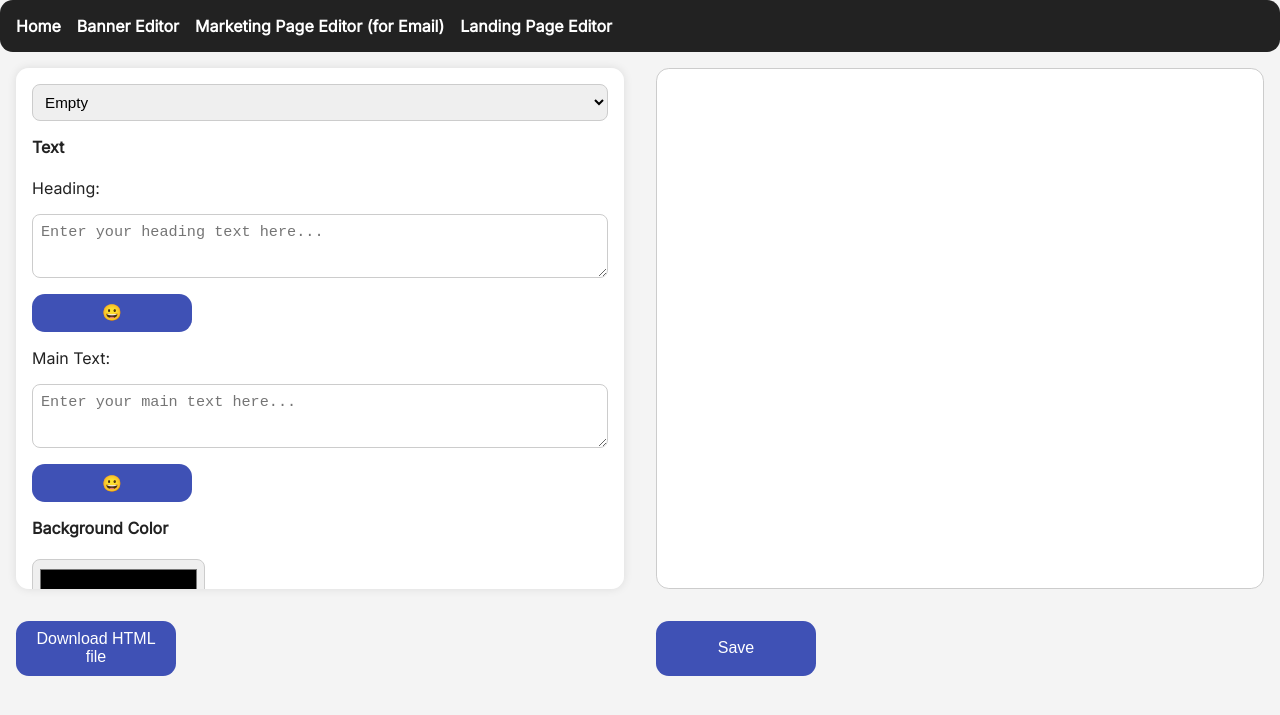
Repository: Yuravolontir/--Baner-Editor--
Page: landing.html
The author's editor kept a copy of each file at every save. The page is drawn from the files as they stood at one save, then again after the next save.
The browser window is 1280 px wide. The pictures show the whole page.
An inner scrolling area shows only its first screen.

Above is the page before, as saved 2025-07-18 16:29:28.

### landing.html
<!DOCTYPE html>
<html lang="en">
<head>
    <meta charset="UTF-8">
    <meta name="viewport" content="width=device-width, initial-scale=1.0">
    <title>Document</title>
    <link rel="stylesheet" href="/styles/banner.css">
    <script type="module" src="/scripts/landing.js"></script>
    <!--Google Fonts-->
 <link href="https://fonts.googleapis.com/css2?family=Be+Vietnam+Pro&family=DM+Sans&family=Figtree&family=Inter&family=Manrope&family=Outfit&family=Rubik&family=Space+Grotesk&family=Sora&family=Urbanist&display=swap" rel="stylesheet">
<link rel="preconnect" href="https://fonts.googleapis.com">
<link rel="preconnect" href="https://fonts.gstatic.com" crossorigin>
<link href="https://fonts.googleapis.com/css2?family=Bangers&family=Lobster+Two:ital,wght@0,400;0,700;1,400;1,700&family=Orbitron:wght@400..900&family=Silkscreen:wght@400;700&display=swap" rel="stylesheet">

</head>
<body>
    <nav>
    <ul>
    <li><a href="/dashboard.html">Home</a></li>
    <li><a href="/banner.html">Banner Editor</a></li>
    <li><a href="/email.html">Marketing Page Editor (for Email)</a></li>
    <li><a href="/landing.html">Landing Page Editor</a></li>
    </ul>
</nav>


<div id="banner-builder-container">
<div id="controls-section">
<select id="templates">
  <option value="default">Empty</option>
  <option value="template1">1</option>
  <option value="template2">2</option>
  <option value="template3">3</option>
</select>
<h3>Text</h3>
<label for="Heading">Heading:</label>
<textarea id="Heading" placeholder="Enter your heading text here..."></textarea>
<button id="emojiHeading">😀</button>

<label for="Text">Main Text:</label>
<textarea id="Text" placeholder="Enter your main text here..."></textarea>
<button id="emojiText">😀</button>

<h3>Background Color</h3>
<input type="color" id="BackgroundColor">

<h3>Heading Color</h3>
<input type="color" id="HeadingColor">

<h3>Text Color</h3>
<input type="color" id="TextColor">

<h3>Choose heading font</h3>
<select id="head-font">
  <option value="Courier New">Courier New</option>
  <option value="Inter">Inter</option>
  <option value="Poppins">Poppins</option>
  <option value="Space Grotesk">Space Grotesk</option>
  <option value="Outfit">Outfit</option>
  <option value="Manrope">Manrope</option>
  <option value="Sora">Sora</option>
  <option value="Figtree">Figtree</option>
  <option value="Rubik">Rubik</option>
  <option value="Urbanist">Urbanist</option>
  <option value="DM Sans">DM Sans</option>
  <option value="Silkscreen, sans-serif">Silkscreen Static</option>
  <option value="Orbitron, sans-serif">Orbitron</option>
  <option value="Lobster Two, sans-serif">Lobster Two</option>
  <option value="Bangers, system-ui">Bangers</option>
</select>

<h3>Choose text font</h3>
<select id="text-font">
  <option value="Courier New">Courier New</option>
  <option value="Inter">Inter</option>
  <option value="Poppins">Poppins</option>
  <option value="Space Grotesk">Space Grotesk</option>
  <option value="Outfit">Outfit</option>
  <option value="Manrope">Manrope</option>
  <option value="Sora">Sora</option>
  <option value="Figtree">Figtree</option>
  <option value="Rubik">Rubik</option>
  <option value="Urbanist">Urbanist</option>
  <option value="DM Sans">DM Sans</option>
  <option value="Silkscreen, sans-serif">Silkscreen Static</option>
  <option value="Orbitron, sans-serif">Orbitron</option>
  <option value="Lobster Two, sans-serif">Lobster Two</option>
  <option value="Bangers, system-ui">Bangers</option>
</select>

<h3>Banner Heading Font-size</h3>
<input type="number" id="headingFontSize" placeholder="Enter font size in px" value="24">
<h3>Banner Text Font-size</h3>
<input type="number" id="textFontSize" placeholder="Enter font size in px" value="16">
<label>Set img background URL:</label>
<input type="text" id="imageInput" placeholder="Enter image URL" />
<h3>Try our gradient</h3>
<select id="designStyle">
  <option value="default">Empty</option>
  <option value="gradient1">Minimal Clean</option>
  <option value="gradient2">Bold & Colorful</option>
  <option value="gradient3">Retro Pixel</option>
</select>


</div>
<div id="preview">

</div>

<button id="DownloadHTML">Download HTML file</button>
<button id="saveLanding">Save</button>

</div>









</body>
</html>

### styles/banner.css
/* styles.css */

:root {
  --font-main: 'Inter', sans-serif;
  --color-bg: #f4f4f4;
  --color-dark: #222;
  --color-accent: #3f51b5;
  --control-bg: #fff;
  --border-radius: 0.8rem;
  --spacing: 1rem;
}

* {
  margin: 0;
  padding: 0;
  box-sizing: border-box;
}

html, body {
  font-family: var(--font-main);
  background-color: var(--color-bg);
  color: var(--color-dark);
  height: 100%;
  overflow: hidden;
}

body {
  display: flex;
  flex-direction: column;
  padding: 0;
}

nav ul {
  list-style: none;
  display: flex;
  gap: 1rem;
  background-color: var(--color-dark);
  padding: 1rem;
  border-radius: var(--border-radius);
  overflow-x: auto;
}

nav a {
  color: white;
  text-decoration: none;
  font-weight: bold;
  white-space: nowrap;
}

#banner-builder-container {
  display: grid;
  grid-template-columns: 1fr 1fr;
  gap: 2rem;
  padding: 1rem;
  height: calc(100vh - 80px);
  overflow: hidden;
}

#controls-section {
  display: flex;
  flex-direction: column;
  gap: 1rem;
  background-color: var(--control-bg);
  padding: 1rem;
  border-radius: var(--border-radius);
  box-shadow: 0 0 10px rgba(0, 0, 0, 0.1);
  overflow-y: auto;
  max-height: 100%;
}

#controls-section h3 {
  margin-bottom: 0.3rem;
  font-size: 1rem;
}

#controls-section input[type="color"],
#controls-section input[type="number"],
#controls-section select,
#controls-section textarea {
  width: 100%;
  padding: 0.5rem;
  font-size: 0.95rem;
  border: 1px solid #ccc;
  border-radius: 0.5rem;
}

#controls-section input[type="color"]
{
  width: 30%;
  height: auto;
  padding: 0.3rem;
  font-size: 0.95rem;
  border: 1px solid #ccc;
  border-radius: 0.5rem;
  min-height: 3rem;

}

#controls-section textarea {
  min-height: 4rem;
  resize: vertical;
}

button {
  background-color: var(--color-accent);
  color: white;
  border: none;
  padding: 0.6rem 1rem;
  font-size: 1rem;
  border-radius: var(--border-radius);
  cursor: pointer;
  transition: background-color 0.2s ease;
  width: 10rem;

}
#downloadBanner, #saveBanner {
  margin-left: auto;
  margin-right: auto;
}

button:hover {
  background-color: #2c3e91;
}

#preview {
  background-color: white;
  border: 1px solid #ccc;
  min-height: 40vh;
  display: flex;
  justify-content: center;
  align-items: center;
  padding: 1rem;
  border-radius: var(--border-radius);
  overflow: auto;
  height: 100%;
}

@media (max-width: 768px) {
  #banner-builder-container {
    grid-template-columns: 1fr;
    grid-template-rows: auto 1fr;
    height: auto;
  }

  #controls-section {
    max-height: none;
    height: auto;
  }

  #preview {
    height: 50vh;
    margin-top: 1rem;
  }
}

### scripts/landing.js
import { UsersLandingPages } from './global.js';
import { LandingPage } from './classes.js';
// Importing the EmojiButton library
import { EmojiButton } from 'https://cdn.jsdelivr.net/npm/@joeattardi/emoji-button@4.6.2/+esm';



window.addEventListener("DOMContentLoaded", createLandingPage);

//document.getElementById("templates").addEventListener("change", updateLandingPageTemplate);










function createLandingPage() {
    const blank = document.querySelector("#preview");
    blank.innerHTML = "";
    const div = document.createElement("div");
    div.id = "generatedLandingPage"; // So we can update it later
    div.style.width = "100%";
    div.style.minHeight = "600px";
    div.style.backgroundColor = "grey";

    blank.appendChild(div);
}

// function updateLandingPageTemplate() {
//     if (document.getElementById("templates").value !== "default") {
//         const div = document.getElementById("generatedLandingPage");
//         const template = document.getElementById("templates").value;
//         switch (template) {
//             case "template1":

// }

### scripts/global.js
export const UsersList = JSON.parse(localStorage.getItem('UsersList')) || [];

export const UsersBanners = JSON.parse(localStorage.getItem('UsersBanners')) || [];

export const UsersEmailBanners = JSON.parse(localStorage.getItem('UsersEmailBanners')) || [];

export const UsersLandingPages = JSON.parse(localStorage.getItem('UsersLandingPages')) || [];

### scripts/classes.js


export class Banner
{
    width;
    height;
    hedingtext;
    maintext;
    backgroundcolor;
    headingcolor;
    textcolor;
    headingfont;
    textfont;
    headingfontsize;
    textfontsize;
    designstyle;
    username;


    constructor(width, height, hedingtext, maintext, backgroundcolor, headingcolor, textcolor, headingfont, textfont, headingfontsize, textfontsize, designstyle, username) {
        this.width = width;
        this.height = height;
        this.hedingtext = hedingtext;
        this.maintext = maintext;
        this.backgroundcolor = backgroundcolor;
        this.headingcolor = headingcolor;
        this.textcolor = textcolor;
        this.headingfont = headingfont;
        this.textfont = textfont;
        this.headingfontsize = headingfontsize;
        this.textfontsize = textfontsize;
        this.designstyle = designstyle;
        this.username = username;
    }
}
export class User
{
 firstName;
 email;
 username;
 password;
    constructor(firstName, email, username, password) {
        this.firstName = firstName;
        this.email = email;
        this.username = username;
        this.password = password;
    }
}

export class emailBanner
{
    width;
    minHeight;
    hedingtext;
    maintext;
    backgroundcolor;
    headingcolor;
    textcolor;
    headingfont;
    textfont;
    headingfontsize;
    textfontsize;
    designstyle;
    image;
    username;


    constructor( width, minHeight,hedingtext, maintext, backgroundcolor, headingcolor, textcolor, headingfont, textfont, headingfontsize, textfontsize, designstyle, image, username) {
        this.width = width;
        this.minHeight = minHeight;
        this.hedingtext = hedingtext;
        this.maintext = maintext;
        this.backgroundcolor = backgroundcolor;
        this.headingcolor = headingcolor;
        this.textcolor = textcolor;
        this.headingfont = headingfont;
        this.textfont = textfont;
        this.headingfontsize = headingfontsize;
        this.textfontsize = textfontsize;
        this.designstyle = designstyle;
        this.image = image;
        this.username = username;
    }
}

export class LandingPage
{
    width;
    minHeight;
    hedingtext;
    maintext;
    backgroundcolor;
    headingcolor;
    textcolor;
    headingfont;
    textfont;
    headingfontsize;
    textfontsize;
    designstyle;
    image;
    username;


    constructor( width, minHeight,hedingtext, maintext, backgroundcolor, headingcolor, textcolor, headingfont, textfont, headingfontsize, textfontsize, designstyle, image, username) {
        this.width = width;
        this.minHeight = minHeight;
        this.hedingtext = hedingtext;
        this.maintext = maintext;
        this.backgroundcolor = backgroundcolor;
        this.headingcolor = headingcolor;
        this.textcolor = textcolor;
        this.headingfont = headingfont;
        this.textfont = textfont;
        this.headingfontsize = headingfontsize;
        this.textfontsize = textfontsize;
        this.designstyle = designstyle;
        this.image = image;
        this.username = username;
    }
}

After the next save:
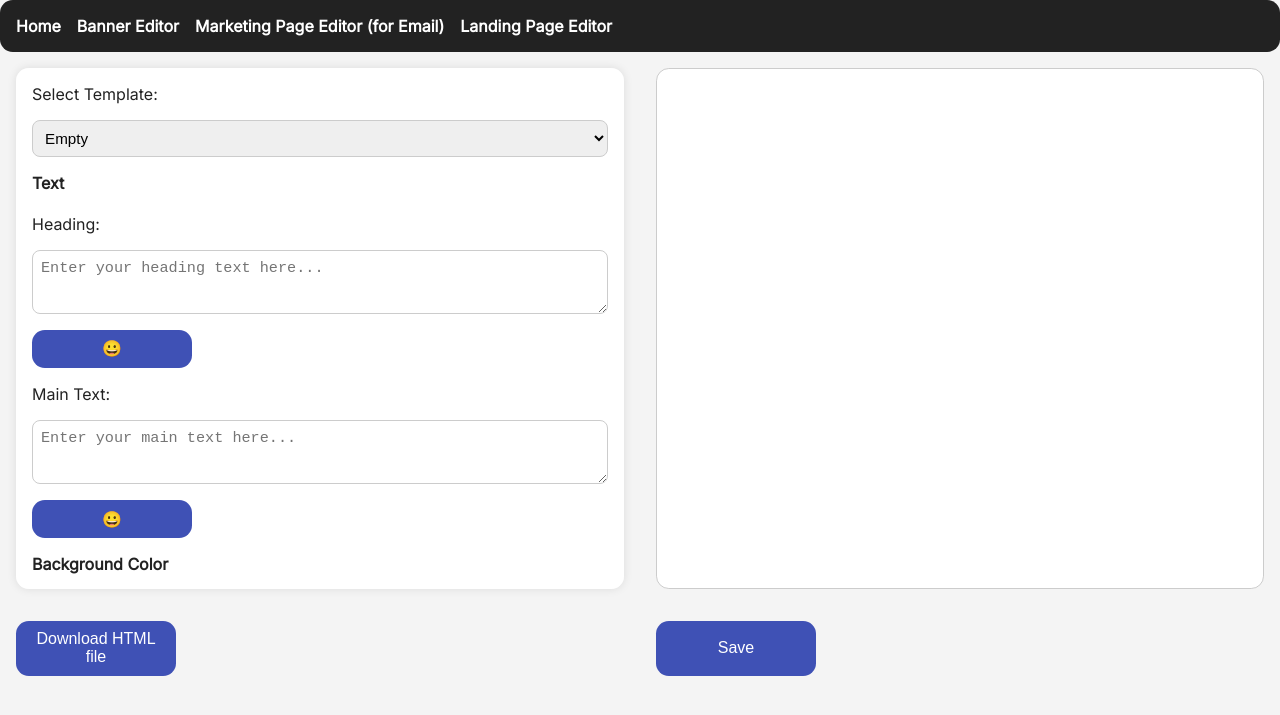
Saved 116 s later.
--- a/landing.html
+++ b/landing.html
@@ -26,12 +26,15 @@
 
 <div id="banner-builder-container">
 <div id="controls-section">
+
+<label>Select Template:</label>
 <select id="templates">
   <option value="default">Empty</option>
   <option value="template1">1</option>
   <option value="template2">2</option>
   <option value="template3">3</option>
 </select>
+
 <h3>Text</h3>
 <label for="Heading">Heading:</label>
 <textarea id="Heading" placeholder="Enter your heading text here..."></textarea>
@@ -90,10 +93,12 @@
 
 <h3>Banner Heading Font-size</h3>
 <input type="number" id="headingFontSize" placeholder="Enter font size in px" value="24">
+
 <h3>Banner Text Font-size</h3>
 <input type="number" id="textFontSize" placeholder="Enter font size in px" value="16">
 <label>Set img background URL:</label>
 <input type="text" id="imageInput" placeholder="Enter image URL" />
+
 <h3>Try our gradient</h3>
 <select id="designStyle">
   <option value="default">Empty</option>
@@ -104,6 +109,7 @@
 
 
 </div>
+
 <div id="preview">
 
 </div>
